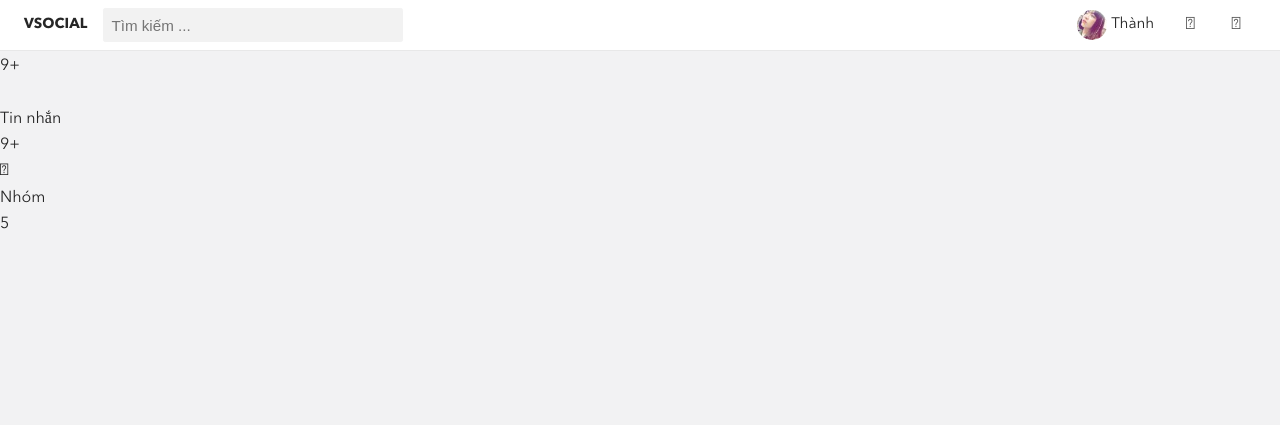
Repository: NHK1905/Social-project
Page: index.html
The author's editor kept a copy of each file at every save. The page is drawn from the files as they stood at one save, then again after the next save.
The browser window is 1280 px wide. The pictures show the whole page.

Above is the page before, as saved 2021-08-11 18:28:04.

### index.html
<!DOCTYPE html>
<html lang="en">
<head>
    <meta charset="UTF-8">
    <meta http-equiv="X-UA-Compatible" content="IE=edge">
    <meta name="viewport" content="width=device-width, initial-scale=1.0">
    <title>Social</title>
	<link rel="stylesheet" href="https://pro.fontawesome.com/releases/v5.15.3/css/all.css">
    <link rel="stylesheet" href="./main.css">
</head>
<body>
    <div id="app">
        <div class="header">
            <div class="header-nav">
                <div class="header-nav-brand">vsocial</div>
                <div class="header-nav-search">
                    <input type="text" class="header-nav-search-input" placeholder="Tìm kiếm ...">
                </div>
                <div class="header-nav-menu">
                    <div class="header-nav-menu-item menu-item-user" data-tooltip-light data-tooltip-arrow-bottom="Trang cá nhân">
                        <img src="./images/135564542_2954286254890951_3459403389545172640_n.jpeg" alt="" srcset="" class="header-nav-menu-item-img">
                        <span class="header-nav-menu-item-name"> Thành

                        </span>
                    </div>
                    <div class="header-nav-menu-item menu-item-search" data-tooltip-light data-tooltip-arrow-bottom="Tìm kiếm">
                        <i class="header-nav-menu-item-icon fal fa-search"></i>
                    </div>
                    <div class="header-nav-menu-item" data-tooltip-light data-tooltip-arrow-bottom="Thông báo">
                        <i class="header-nav-menu-item-icon fal fa-bell"></i>
                    </div>
                    <div class="header-nav-menu-item" data-tooltip-light data-tooltip-arrow-bottom="Khác">
                        <i class="header-nav-menu-item-icon fal fa-caret-down"></i>
                    </div>
                    <div class="header-nav-menu-item"></div>
                </div>
                <div class="header-nav-modal">
                    <div class="header-nav-modal-search">
                        <input type="text" class="header-nav-modal-search-input" placeholder="Tìm kiếm ...">
                        <div class="header-nav-modal-search-result">
                            <div> Resuilt search</div>
                        </div>
                    </div>
                </div>
            </div>
        </div>
        <div class="container">
            <div class="container-side">
                <div class="container-side-menu">
                    <div class="container-side-menu-item">
                        <i class="container-side-menu-item-icon fal fa-home"></i>
                        <div class="container-side-menu-item-name">Trang chủ</div>
                        <div class="container-side-menu-item-count">9+</div>
                    </div>
                    <div class="container-side-menu-item">
                        <i class="container-side-menu-item-icon fal fa-comment-alt-lines"></i>
                        <div class="container-side-menu-item-name">Tin nhắn</div>
                        <div class="container-side-menu-item-count">9+</div>
                    </div>
                    <div class="container-side-menu-item">
                        <i class="container-side-menu-item-icon fal fa-users"></i>
                        <div class="container-side-menu-item-name">Nhóm</div>
                        <div class="container-side-menu-item-count">5</div>
                    </div>
                </div>
            </div>
        </div>
    </div>
</body>
</html>

### main.css
@font-face {
    font-family: AvenirNextLTProIt;
    src: url(./fonts/AvenirNextLTPro-It.otf);
}

@font-face {
    font-family: AvenirNextLTProRegular;
    src: url(./fonts/AvenirNextLTPro-Regular.otf);
}

@font-face {
    font-family: AvenirNextLTProBold;
    src: url(./fonts/AvenirNextLTPro-Bold.otf);
}

*,
*:after,
*:before {
    box-sizing: border-box;
}

:root {
    --clr-light: #f2f2f2;
    --clr-light-100: #e8e8e8;
    --clr-light-200: #d2d2d2;
    --clr-light-300: #c2c2c2;
    --clr-light-400: #b2b2b2;
    --clr-light-500: #a2a2a2;
    --clr-black: #565656;
    --clr-black-100: #464646;
    --clr-black-200: #363636;
    --clr-black-300: #262626;
    --clr-black-400: #161616;
    --clr-black-500: #000000;
    --background-color: #fff;
    --text-color: #121416d8;
    --link-color: #543fd7;
    --transition: 0.25s;
}

html,
body,
#app {
    margin: 0;
    padding: 0;
    width: 100%;
    font-size: 1rem;
    line-height: 1.65;
    text-align: left;
    color: var(--clr-black-300);
    background: rgb(242, 242, 243);
    font-family: AvenirNextLTProRegular;
}

.header {
    position: fixed;
    top: 0;
    width: 100%;
    background: #fff;
    border-bottom: 1px solid var(--clr-light-100);
    z-index: 2;
}
.header-nav {
    padding: 0 1.5rem;
    height: 50px;
    max-width: 1300px;
    display: flex;
    align-items: center;
    margin: 0 auto;
}
.header-nav-brand {
    font-family: AvenirNextLTProBold;
    color: var(--clr-dark);
    font-size: 0.9rem;
    font-weight: bold;
    padding: 0 1rem 0 0;
    text-transform: uppercase;
}
.header-nav-search {
    width: 300px;
}
.header-nav-search-input {
    width: 100%;
    padding: 0.45rem;
    font-size: 0.95rem;
    background: var(--clr-light);
    border: 1px solid var(--clr-light);
    border-radius: 0.15rem;
}
.header-nav-search-input:focus {
    outline: none;
    background: transparent;
    border: 1px solid var(--clr-light-500);
    box-shadow: 0 0 0 0.25rem rgba(0, 0, 0, .1);
}
.header-nav-menu {
    user-select: none;
    display: flex;
    margin-left: auto;
}
.header-nav-menu-item {
    display: flex;
}
.header-nav-menu-item.menu-item-search, .header-nav-menu-item.menu-item-toggle {
    display: none;
}
.header-nav-menu-item.menu-item-user {
    align-items: center;
    border-radius: 30px;
    padding: 0.25rem 0.35rem;
    background: transparent;
    border: 1px solid transparent;
    transition: all var(--transition) ease-in-out;
}
.header-nav-menu-item.menu-item-user:hover {
    cursor: pointer;
    background: transparent;
    border: 1px solid var(--clr-light-500);
    background: var(--clr-light);
    border: 1px solid var(--clr-light);
}
.header-nav-menu-item-img {
    width: 30px;
    height: 30px;
    border-radius: 50%;
}
.header-nav-menu-item-name {
    white-space: nowrap;
    margin: 0 0.25rem;
    font-size: 0.95rem;
}
.header-nav-menu-item-icon {
    display: grid;
    place-items: center;
    width: 40px;
    height: 40px;
    margin-left: 0.35rem;
    font-size: 1.05rem;
    border-radius: 50%;
    color: var(--clr-black);
    background: transparent;
    border: 1px solid transparent;
    transition: all var(--transition) ease-in-out;
}
.header-nav-menu-item-icon:hover {
    cursor: pointer;
    color: var(--clr-black-200);
    background: var(--clr-light);
    border: 1px solid var(--clr-light);
}
.header-nav-modal-search {
    position: fixed;
    width: 100%;
    background: #fff;
    height: calc(100% - 51px);
    top: 51px;
    left: 0;
    padding: 0.5rem;
    opacity: 0;
    visibility: hidden;
}
.header-nav-modal-search-input {
    width: 100%;
    padding: 0.4rem;
    font-size: 0.95rem;
    background: var(--clr-light);
    border: 1px solid var(--clr-light);
    border-radius: 0.15rem;
}
.header-nav-modal-search-input:focus {
    outline: none;
    background: transparent;
    border: 1px solid var(--clr-light-500);
    box-shadow: 0 0 0 0.25rem rgba(0, 0, 0, .1);
}
.header-nav-modal-search-result {
    margin-top: 0.5rem;
    height: calc(100% - 45px);
}

























[data-tooltip-arrow-bottom], [data-tooltip-arrow-left], [data-tooltip-arrow-right], [data-tooltip-arrow-top], [data-tooltip-bottom], [data-tooltip-left], [data-tooltip-right], [data-tooltip-top] {
    position: relative;
    width: -webkit-fit-content;
    width: -moz-fit-content;
    width: fit-content;
}

[data-tooltip-arrow-bottom]:hover:after, [data-tooltip-arrow-bottom]:hover:before, [data-tooltip-arrow-left]:hover:after, [data-tooltip-arrow-left]:hover:before, [data-tooltip-arrow-right]:hover:after, [data-tooltip-arrow-right]:hover:before, [data-tooltip-arrow-top]:hover:after, [data-tooltip-arrow-top]:hover:before, [data-tooltip-bottom]:hover:after, [data-tooltip-bottom]:hover:before, [data-tooltip-left]:hover:after, [data-tooltip-left]:hover:before, [data-tooltip-right]:hover:after, [data-tooltip-right]:hover:before, [data-tooltip-top]:hover:after, [data-tooltip-top]:hover:before {
    opacity: 1;
    visibility: visible;
    -webkit-transition: all .3s linear;
    transition: all .3s linear;
}

[data-tooltip-arrow-bottom]:before, [data-tooltip-arrow-left]:before, [data-tooltip-arrow-right]:before, [data-tooltip-arrow-top]:before, [data-tooltip-bottom]:before, [data-tooltip-left]:before, [data-tooltip-right]:before, [data-tooltip-top]:before {
    position: absolute;
    z-index: 1;
    color: #fff;
    text-align: center;
    font-size: .8rem;
    font-family: sans-serif;
    padding: 4px 10px 5px;
    background-color: #000;
    background-color: rgba(51, 51, 51, 0.9);
    border-radius: .2rem;
    white-space: nowrap;
    pointer-events: none;
    -webkit-user-select: none;
    -moz-user-select: none;
    -ms-user-select: none;
    user-select: none;
    opacity: 0;
    visibility: hidden;
}

[data-tooltip-arrow-bottom]:after, [data-tooltip-arrow-left]:after, [data-tooltip-arrow-right]:after, [data-tooltip-arrow-top]:after, [data-tooltip-bottom]:after, [data-tooltip-left]:after, [data-tooltip-right]:after, [data-tooltip-top]:after {
    position: absolute;
    z-index: 1;
    width: 0;
    content: " ";
    font-size: 0;
    line-height: 0;
    border: 5px solid transparent;
    pointer-events: none;
    -webkit-user-select: none;
    -moz-user-select: none;
    -ms-user-select: none;
    user-select: none;
    opacity: 0;
    visibility: hidden;
}

[data-tooltip-light]:before {
    color: #e8e8e8;
    background-color: #e8e8e8;
    background-color: #4d4d4d;
}

[data-tooltip-light][data-tooltip-arrow-top]:after {
    border-top: 5px solid #4d4d4d;
}

[data-tooltip-light][data-tooltip-arrow-right]:after {
    border-right: 5px solid #4d4d4d;
}

[data-tooltip-light][data-tooltip-arrow-bottom]:after {
    border-bottom: 5px solid #4d4d4d;
}

[data-tooltip-light][data-tooltip-arrow-left]:after {
    border-left: 5px solid #4d4d4d;
}

[data-tooltip-arrow-top]:before {
    bottom: calc(100% + 10px);
    left: 50%;
    content: attr(data-tooltip-arrow-top);
    -webkit-transform: translatex(-50%);
    transform: translatex(-50%);
}

[data-tooltip-arrow-right]:before {
    top: 50%;
    left: calc(100% + 10px);
    content: attr(data-tooltip-arrow-right);
    -webkit-transform: translatey(-50%);
    transform: translatey(-50%);
}

  [data-tooltip-arrow-bottom]:before {
    top: calc(100% + 10px);
    left: 55%;
    padding: 4px 10px 5px;
    content: attr(data-tooltip-arrow-bottom);
    -webkit-transform: translatex(-50%);
    transform: translatex(-50%);
}

[data-tooltip-arrow-left]:before {
    top: 50%;
    right: calc(100% + 10px);
    content: attr(data-tooltip-arrow-left);
    -webkit-transform: translatey(-50%);
    transform: translatey(-50%);
}

[data-tooltip-arrow-top]:after {
    left: 50%;
    bottom: 100%;
    -webkit-transform: translatex(-50%);
    transform: translatex(-50%);
    border-top: 5px solid rgba(51, 51, 51, 0.9);
}

[data-tooltip-arrow-right]:after {
    top: 50%;
    left: 100%;
    -webkit-transform: translatey(-50%);
    transform: translatey(-50%);
    border-right: 5px solid rgba(51, 51, 51, 0.9);
}

[data-tooltip-arrow-bottom]:after {
    left: 55%;
    top: 100%;
    -webkit-transform: translatex(-50%);
    transform: translatex(-50%);
    border-bottom: 5px solid rgba(51, 51, 51, 0.9);
}

[data-tooltip-arrow-left]:after {
    top: 50%;
    right: 100%;
    -webkit-transform: translatey(-50%);
    transform: translatey(-50%);
    border-left: 5px solid rgba(51, 51, 51, 0.9);
}

[data-tooltip-top]:before {
    bottom: calc(100% + 5px);
    left: 50%;
    content: attr(data-tooltip-top);
    -webkit-transform: translatex(-50%);
    transform: translatex(-50%);
}

[data-tooltip-right]:before {
    top: 50%;
    left: calc(100% + 5px);
    content: attr(data-tooltip-right);
    -webkit-transform: translatey(-50%);
    transform: translatey(-50%);
}

[data-tooltip-bottom]:before {
    top: calc(100% + 5px);
    left: 50%;
    padding: 4px 10px 5px;
    content: attr(data-tooltip-bottom);
    -webkit-transform: translatex(-50%);
    transform: translatex(-50%);
}

[data-tooltip-left]:before {
    top: 50%;
    right: calc(100% + 5px);
    content: attr(data-tooltip-left);
    -webkit-transform: translatey(-50%);
    transform: translatey(-50%);
}

html[data-theme='light'] {
    --background-color: #fff;
    --text-color: #121416d8;
    --link-color: #543fd7;
}

html[data-theme='dark'] {
    --background-color: #131313;
    --text-color: #F7F8F8;
    --link-color: #828fff;
}

[data-theme="dark"] body, [data-theme="dark"] #app {
    background: #131313;
}
[data-theme="dark"] .header {
    background: #212121;
    border-bottom: 1px solid #292929;
}
[data-theme="dark"] .header-nav-brand {
    color: #fff;
}
[data-theme="dark"] .header-nav-search-input {
    color: #fff;
    background: #121212;
    border: 1px solid #121212;
}
[data-theme="dark"] .header-nav-search-input:focus {
    background: #121212;
    border: 1px solid #555;
    box-shadow: 0 0 0 0.25rem rgba(255, 255, 255, .05);
}
[data-theme="dark"] .header-nav-menu-item-icon, [data-theme="dark"] .header-nav-menu-item.menu-item-user {
    color: #e8e8e8;
}
[data-theme="dark"] .header-nav-menu-item-icon:hover, [data-theme="dark"] .header-nav-menu-item.menu-item-user:hover {
    color: #e8e8e8;
    background: #343434;
    border: 1px solid #343434;
}
[data-theme="dark"] .header-nav-modal-search {
    color: #d8d8d8;
    background: #212121;
}
[data-theme="dark"] .header-nav-modal-search-input {
    background: #121212;
    border: 1px solid #121212;
}
[data-theme="dark"] .header-nav-modal-search-input:focus {
    background: #121212;
    border: 1px solid #555;
    box-shadow: 0 0 0 0.25rem rgba(255, 255, 255, .05);
}
[data-theme="dark"] .post, [data-theme="dark"] .post-sayhi, [data-theme="dark"] .post-create {
    background: #212121;
    border: 1px solid #292929;
}
[data-theme="dark"] .post-header-user-info-name {
    color: #ddd;
}
[data-theme="dark"] .post-header-handle-icon, [data-theme="dark"] .post-header-user-info-tagsname {
    color: #999;
}
[data-theme="dark"] .post-header-handle-icon:hover {
    background: #343434;
}
[data-theme="dark"] .post-content {
    color: #ddd;
}
[data-theme="dark"] .post-action {
    border-top: 1px solid #292929;
}
[data-theme="dark"] .post-action-item:nth-child(1):hover {
    background: rgba(218, 81, 124, 0.125);
}
[data-theme="dark"] .post-action-item:nth-child(2):hover {
    background: rgba(81, 218, 150, 0.125);
}
[data-theme="dark"] .post-action-item:nth-child(3):hover {
    background: rgba(81, 118, 218, 0.125);
}
[data-theme="dark"] .post-action-item-icon {
    color: #777;
}
[data-theme="dark"] .post-action-item-count {
    color: #777;
}
[data-theme="dark"] .post-create-title {
    color: #ddd;
}
[data-theme="dark"] .post-create-header-editor {
    color: #fff;
    background: transparent;
    border: 1px solid transparent;
}
[data-theme="dark"] .post-create-header-editor:empty::before {
    color: #999;
}
[data-theme="dark"] .post-create-header-editor:focus {
    box-shadow: none;
    border: 1px solid transparent;
}
[data-theme="dark"] .post-create-action-handle-icon {
    color: #888;
}
[data-theme="dark"] .post-create-action-handle-icon:hover {
    color: #d8d8d8;
    background: #282828;
}
[data-theme="dark"] .post-sayhi-content-title {
    color: #ddd;
}
[data-theme="dark"] .post-sayhi-content-info {
    color: #999;
}
[data-theme="dark"] .post-comment {
    border-top: 1px solid #292929;
}
[data-theme="dark"] .post-comment-item-header-user-info-name {
    color: #e8e8e8;
}
[data-theme="dark"] .post-comment-item-header-user-info-tagsname {
    color: #999;
}
[data-theme="dark"] .post-comment-item-content {
    color: #ddd;
    background: #323232;
}
[data-theme="dark"] .post-comment-item-header-handle-icon {
    color: #999;
}
[data-theme="dark"] .post-comment-item-header-handle-icon:hover {
    background: #343434;
}
[data-theme="dark"] .area-box {
    background: #212121;
    border: 1px solid #292929;
}
[data-theme="dark"] .area-box-container-item:hover {
    background: #292929;
}
[data-theme="dark"] .area-box-title {
    color: #e8e8e8;
    border-bottom: 1px solid #313131;
}
[data-theme="dark"] .area-box-container-item-page-name, [data-theme="dark"] .area-box-container-item-group-name, [data-theme="dark"] .area-box-container-item-user-name {
    color: #e8e8e8;
}
[data-theme="dark"] .area-box-container-item-page-tagsname, [data-theme="dark"] .area-box-container-item-group-tagsname, [data-theme="dark"] .area-box-container-item-user-tagsname {
    color: #999;
}
[data-theme="dark"] .container-side-menu-item {
    color: #bfbfbf;
}
[data-theme="dark"] .container-side-menu-item-icon {
    color: #bfbfbf;
}
[data-theme="dark"] .container-side-menu-item:hover {
    background: #343434;
}
[data-theme="dark"] .container .container-modal-theme {
    background: #131313;
    border: 1px solid #212121;
}
[data-theme="dark"] .container .container-modal-theme-header {
    color: #e8e8e8;
}
[data-theme="dark"] .container .container-modal-theme-intro {
    color: #999;
}
[data-theme="dark"] .container .container-modal-theme-content-item {
    border-color: #212121;
}
[data-theme="dark"] .container .container-modal-theme-content-item.item-active {
    border-color: #4e4e4e;
}
[data-theme="dark"] .container .container-modal-theme-content-item-choose div {
    color: #999;
}
[data-theme="dark"] .container .container-modal-theme-handle .btn.btn-back {
    color: #777;
}
@media screen and (max-width: 768px) {
    [data-theme="dark"] .container.container-side-active .container-side {
        background: #212121;
        border-right: 1px solid #292929;
   }
    [data-theme="dark"] .container-side {
        background: #212121;
        border-right: 1px solid #292929;
   }
}
@media screen and (max-width: 500px) {
    [data-theme="dark"] .container-main-left .post, [data-theme="dark"] .container-main-left .post-sayhi, [data-theme="dark"] .container-main-left .post-create {
        padding: 0.35rem 0.5rem;
        border: 1px solid #292929;
   }
    [data-theme="dark"] .container-modal-theme-content:hover {
        overflow-x: scroll;
   }
    [data-theme="dark"] .container-modal-theme-content:hover::-webkit-scrollbar {
        height: 5px;
   }
    [data-theme="dark"] .container-modal-theme-content:hover::-webkit-scrollbar-track {
        background: transparent;
        border-radius: 3rem;
   }
    [data-theme="dark"] .container-modal-theme-content:hover::-webkit-scrollbar-thumb {
        background: #292929;
        border-radius: 3rem;
   }
    [data-theme="dark"] .container-modal-theme-content:hover::-webkit-scrollbar-thumb:hover {
        background: #343434;
   }
}

After the next save:
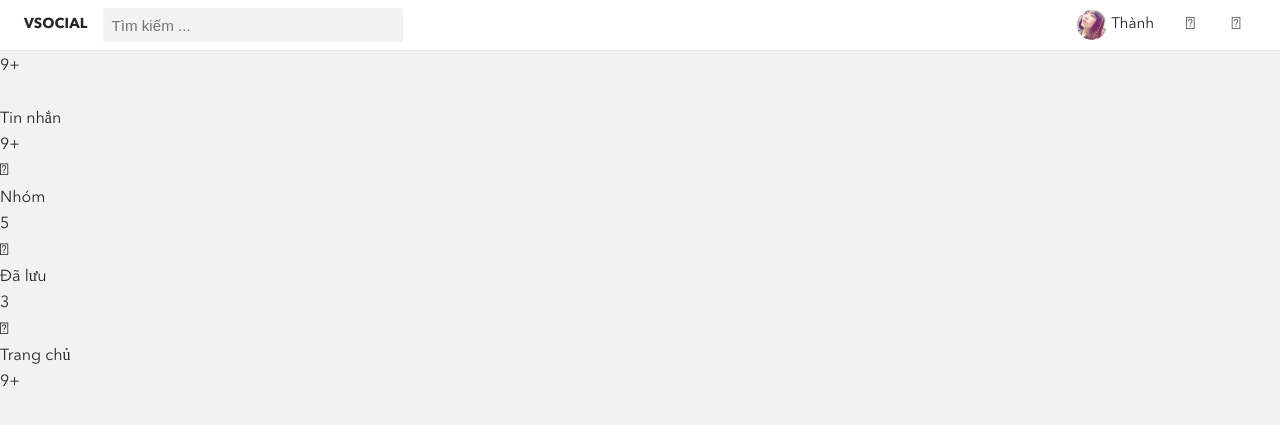
Saved 35 s later.
--- a/index.html
+++ b/index.html
@@ -62,6 +62,16 @@
                         <div class="container-side-menu-item-name">Nhóm</div>
                         <div class="container-side-menu-item-count">5</div>
                     </div>
+                    <div class="container-side-menu-item">
+                        <i class="container-side-menu-item-icon fal fa-bookmark"></i>
+                        <div class="container-side-menu-item-name">Đã lưu</div>
+                        <div class="container-side-menu-item-count">3</div>
+                    </div>
+                    <div class="container-side-menu-item">
+                        <i class="container-side-menu-item-icon fal fa-home"></i>
+                        <div class="container-side-menu-item-name">Trang chủ</div>
+                        <div class="container-side-menu-item-count">9+</div>
+                    </div>
                 </div>
             </div>
         </div>
